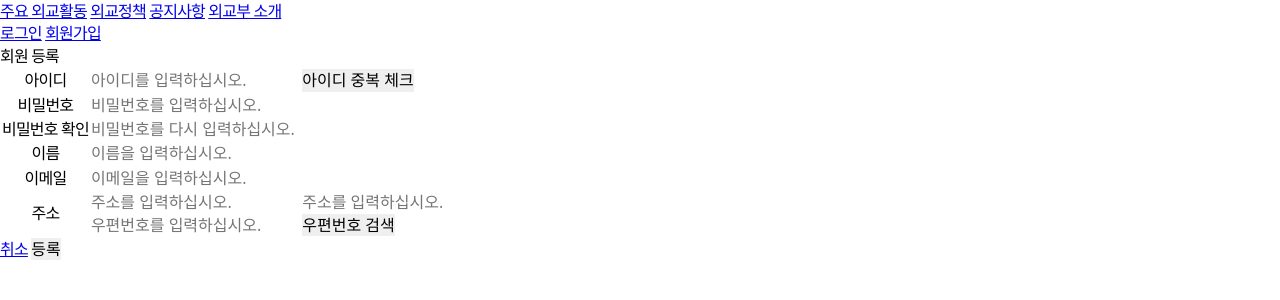
Repository: dllgkdud/pro07
Page: http://localhost/pro07/WEB-INF/views/users/add.jsp
An editor plug-in stored every save of this project. The page is shown before and after the next save, followed by the edit.
The browser window is 1280 px wide. The pictures show the whole page.
Some web fonts or font styles are not loaded; a fallback is used. The page is served by Tomcat 9. Nobody is signed in. Other server files are loaded and not shown. The template is opened directly, without the code that normally fills it, so the values that code supplies are empty.

Above is the page before, as saved 2022-12-30 04:59:01.

### pro07/src/main/webapp/WEB-INF/views/users/add.jsp
<%@ page language="java" contentType="text/html; charset=UTF-8"
    pageEncoding="UTF-8"%>
<%@ taglib prefix="c" uri="http://java.sun.com/jsp/jstl/core"  %>
<%@ taglib prefix="fmt" uri="http://java.sun.com/jsp/jstl/fmt" %>
<%@ taglib prefix="fn" uri = "http://java.sun.com/jsp/jstl/functions" %>
<c:set var="path1" value="${pageContext.request.contextPath }" />
<!DOCTYPE html>
<html>
<head>
	<meta charset="UTF-8">
    <meta http-equiv="X-UA-Compatible" content="IE=edge">
    <meta name="viewport" content="width=device-width, initial-scale=1.0, user-scalable=no">
	<title>회원 등록 | 외교부</title>
	<jsp:include page="../common/head.jsp"></jsp:include>
</head>
<body>
<header><jsp:include page="../common/header.jsp"></jsp:include></header>
	<h2>회원 등록</h2>
	<!-- action="${path1 }/notice/add.do" method="post" -->
	<form >
		<table class="table">
			<tr>
				<th>아이디</th>
				<td>
					<input type="text" name="id" id="id" placeholder="아이디를 입력하십시오." required>
					<input type="button" id="idCkBtn" onclick="idCheck()" class="ck_btn" value="아이디 중복 체크">
					<input type="hidden" name="idck" id="idck" value="no">
				</td>
			</tr>
			<tr>
				<th>비밀번호</th>
				<td><input type="password" name="pw" id="pw" placeholder="비밀번호를 입력하십시오." required></td>
			</tr>
			<tr>
				<th>비밀번호 확인</th>
				<td><input type="password" name="pw2" id="pw2" placeholder="비밀번호를 다시 입력하십시오." required></td>
			</tr>
			<tr>
				<th>이름</th>
				<td><input type="text" name="name" id="name" placeholder="이름을 입력하십시오." required></td>
			</tr>
			<tr>
				<th>이메일</th>
				<td><input type="email" name="email" id="email" placeholder="이메일을 입력하십시오." required></td>
			</tr>
			<tr>
				<th>주소</th>
				<td>
					<input type="text" name="address" id="address" placeholder="주소를 입력하십시오." required>
					<input type="text" name="address2" id="address2" placeholder="주소를 입력하십시오." required><br>
					<input type="text" name="postcode" id="postcode" placeholder="우편번호를 입력하십시오." required>
					<button id="button" onclick="findAddr()" class="button">우편번호 검색</button>
				</td>
			</tr>
		</table>
		<div class="button_group">
			<a href="${path1 }/users/list" class="reset_btn">취소</a>
			<input type="submit" class="submit_btn" value="등록">
		</div>
	</form>
</body>
</html>

### pro07/src/main/webapp/WEB-INF/views/common/head.jsp
<%@ page language="java" contentType="text/html; charset=UTF-8"
    pageEncoding="UTF-8"%>

    <!-- open graph -->
    <meta name="author" content="외교부" />
	<meta name="keywords" content="외교부,외교부,여권,비자,재외공관" />
	<meta name="description" content="외교부 홈페이지에 오신것을 환영합니다." />
	<meta property="og:type" content="website" />
	<meta property="og:title" content="외교부" />
	<meta property="og:site_name" content="외교부" />
	<meta property="og:description" content="외교부" />
	<meta property="og:url" content="https://dllgkdud.github.io/web07" />
	<meta property="og:image" content="http://localhost:8097/mofa/resources/assets/siteimg.png" />

	<!-- absolute path -->
	<link rel="shortcut icon" href="http://localhost:8097/mofa/resources/assets/icon/favicon.ico">
    <link rel="icon" type="image/png" href="http://localhost:8097/mofa/resources/assets/icon/favicon-16X16.png" sizes="16x16">
    <link rel="icon" type="image/png" href="http://localhost:8097/mofa/resources/assets/icon/favicon-32X32.png" sizes="32x32">
    <link rel="icon" type="image/png" href="http://localhost:8097/mofa/resources/assets/icon/favicon-48X48.png" sizes="48x48">

	<link rel="stylesheet" href="http://localhost:8097/mofa/resources/assets/css/default.css" type="text/css">
	<link rel="stylesheet" href="http://localhost:8097/mofa/resources/assets/css/main.css" type="text/css">

### pro07/src/main/webapp/WEB-INF/views/common/header.jsp
<%@ page language="java" contentType="text/html; charset=UTF-8"
    pageEncoding="UTF-8"%>
<%@ taglib prefix="c" uri="http://java.sun.com/jsp/jstl/core"  %>
<%@ taglib prefix="fmt" uri="http://java.sun.com/jsp/jstl/fmt" %>
<%@ taglib prefix="fn" uri = "http://java.sun.com/jsp/jstl/functions" %>
<c:set var="path1" value="${pageContext.request.contextPath }" />
<header>
	<div class="gnb">
		<a href="#">주요 외교활동</a>
		<a href="#">외교정책</a>
		<a href="${path1 }/notice/list">공지사항</a>
		<a href="#">외교부 소개</a>
	</div>
	<div class="tnb">
		<a href="#">로그인</a>
		<a href="${path1 }/user/add">회원가입</a>
	</div>
</header>

### pro07/src/main/webapp/resources/assets/css/default.css
/*# sourceURL=resources/assets/css/default.css */
@charset "UTF-8";

/* font */
/* bebas-neue-regular - latin-ext_latin */
@font-face { font-family: 'Bebas Neue'; font-style: normal; font-weight: 400; src: url("/www-new/css/../fonts/bebas-neue-v2-latin-ext_latin-regular.eot"); /* IE9 Compat Modes */ src: local(""), url("/www-new/css/../fonts/bebas-neue-v2-latin-ext_latin-regular.eot?#iefix") format("embedded-opentype"), url("/www-new/css/../fonts/bebas-neue-v2-latin-ext_latin-regular.woff2") format("woff2"), url("/www-new/css/../fonts/bebas-neue-v2-latin-ext_latin-regular.woff") format("woff"), url("/www-new/css/../fonts/bebas-neue-v2-latin-ext_latin-regular.ttf") format("truetype"), url("/www-new/css/../fonts/bebas-neue-v2-latin-ext_latin-regular.svg#BebasNeue") format("svg"); /* Legacy iOS */ }

/* playfair-display-regular - latin */
@font-face { font-family: 'Playfair Display'; font-style: normal; font-weight: 400; src: url("/www-new/css/../fonts/playfair-display-v22-latin-regular.eot"); /* IE9 Compat Modes */ src: local(""), url("/www-new/css/../fonts/playfair-display-v22-latin-regular.eot?#iefix") format("embedded-opentype"), url("/www-new/css/../fonts/playfair-display-v22-latin-regular.woff2") format("woff2"), url("/www-new/css/../fonts/playfair-display-v22-latin-regular.woff") format("woff"), url("/www-new/css/../fonts/playfair-display-v22-latin-regular.ttf") format("truetype"), url("/www-new/css/../fonts/playfair-display-v22-latin-regular.svg#PlayfairDisplay") format("svg"); /* Legacy iOS */ }
@font-face { font-family: 'Playfair Display'; font-style: normal; font-weight: 500; src: url("/www-new/css/../fonts/playfair-display-v22-latin-500.eot"); /* IE9 Compat Modes */ src: local(""), url("/www-new/css/../fonts/playfair-display-v22-latin-500.eot?#iefix") format("embedded-opentype"), url("/www-new/css/../fonts/playfair-display-v22-latin-500.woff2") format("woff2"), url("/www-new/css/../fonts/playfair-display-v22-latin-500.woff") format("woff"), url("/www-new/css/../fonts/playfair-display-v22-latin-500.ttf") format("truetype"), url("/www-new/css/../fonts/playfair-display-v22-latin-500.svg#PlayfairDisplay") format("svg"); /* Legacy iOS */ }
@font-face { font-family: 'Playfair Display'; font-style: normal; font-weight: 600; src: url("/www-new/css/../fonts/playfair-display-v22-latin-600.eot"); /* IE9 Compat Modes */ src: local(""), url("/www-new/css/../fonts/playfair-display-v22-latin-600.eot?#iefix") format("embedded-opentype"), url("/www-new/css/../fonts/playfair-display-v22-latin-600.woff2") format("woff2"), url("/www-new/css/../fonts/playfair-display-v22-latin-600.woff") format("woff"), url("/www-new/css/../fonts/playfair-display-v22-latin-600.ttf") format("truetype"), url("/www-new/css/../fonts/playfair-display-v22-latin-600.svg#PlayfairDisplay") format("svg"); /* Legacy iOS */ }

/* eb-garamond-regular - latin */
@font-face { font-family: 'EB Garamond'; font-style: normal; font-weight: 400; src: url("/www-new/css/../fonts/eb-garamond-v15-latin-regular.eot"); /* IE9 Compat Modes */ src: local(""), url("/www-new/css/../fonts/eb-garamond-v15-latin-regular.eot?#iefix") format("embedded-opentype"), url("/www-new/css/../fonts/eb-garamond-v15-latin-regular.woff2") format("woff2"), url("/www-new/css/../fonts/eb-garamond-v15-latin-regular.woff") format("woff"), url("/www-new/css/../fonts/eb-garamond-v15-latin-regular.ttf") format("truetype"), url("/www-new/css/../fonts/eb-garamond-v15-latin-regular.svg#EBGaramond") format("svg"); /* Legacy iOS */ }
@font-face { font-family: 'EB Garamond'; font-style: normal; font-weight: 500; src: url("/www-new/css/../fonts/eb-garamond-v15-latin-500.eot"); /* IE9 Compat Modes */ src: local(""), url("/www-new/css/../fonts/eb-garamond-v15-latin-500.eot?#iefix") format("embedded-opentype"), url("/www-new/css/../fonts/eb-garamond-v15-latin-500.woff2") format("woff2"), url("/www-new/css/../fonts/eb-garamond-v15-latin-500.woff") format("woff"), url("/www-new/css/../fonts/eb-garamond-v15-latin-500.ttf") format("truetype"), url("/www-new/css/../fonts/eb-garamond-v15-latin-500.svg#EBGaramond") format("svg"); /* Legacy iOS */ }
@font-face { font-family: 'EB Garamond'; font-style: normal; font-weight: 600; src: url("/www-new/css/../fonts/eb-garamond-v15-latin-600.eot"); /* IE9 Compat Modes */ src: local(""), url("/www-new/css/../fonts/eb-garamond-v15-latin-600.eot?#iefix") format("embedded-opentype"), url("/www-new/css/../fonts/eb-garamond-v15-latin-600.woff2") format("woff2"), url("/www-new/css/../fonts/eb-garamond-v15-latin-600.woff") format("woff"), url("/www-new/css/../fonts/eb-garamond-v15-latin-600.ttf") format("truetype"), url("/www-new/css/../fonts/eb-garamond-v15-latin-600.svg#EBGaramond") format("svg"); /* Legacy iOS */ }
@font-face { font-family: 'EB Garamond'; font-style: normal; font-weight: 700; src: url("/www-new/css/../fonts/eb-garamond-v15-latin-700.eot"); /* IE9 Compat Modes */ src: local(""), url("/www-new/css/../fonts/eb-garamond-v15-latin-700.eot?#iefix") format("embedded-opentype"), url("/www-new/css/../fonts/eb-garamond-v15-latin-700.woff2") format("woff2"), url("/www-new/css/../fonts/eb-garamond-v15-latin-700.woff") format("woff"), url("/www-new/css/../fonts/eb-garamond-v15-latin-700.ttf") format("truetype"), url("/www-new/css/../fonts/eb-garamond-v15-latin-700.svg#EBGaramond") format("svg"); /* Legacy iOS */ }

/* Noto Sans */
@font-face { font-family: 'Noto Sans'; font-weight: 200; font-style: normal; src: url("/www-new/css/../fonts/NotoSansKR-Light.eot"); src: local(��), url("/www-new/css/../fonts/NotoSansKR-Light.eot#iefix") format("embedded-opentype"), url("/www-new/css/../fonts/NotoSansKR-Light.woff") format("woff"), url("/www-new/css/../fonts/NotoSansKR-Light.otf") format("opentype"); }
@font-face { font-family: 'Noto Sans'; font-weight: 300; font-style: normal; src: url("/www-new/css/../fonts/NotoSansKR-DemiLight.eot"); src: local(��), url("/www-new/css/../fonts/NotoSansKR-DemiLight.eot#iefix") format("embedded-opentype"), url("/www-new/css/../fonts/NotoSansKR-DemiLight.woff") format("woff"), url("/www-new/css/../fonts/NotoSansKR-DemiLight.otf") format("opentype"); }
@font-face { font-family: 'Noto Sans'; font-weight: 400; font-style: normal; src: url("/www-new/css/../common/fonts/NotoSansKR-Regular.eot"); src: local(��), url("/www-new/css/../fonts/NotoSansKR-Regular.eot#iefix") format("embedded-opentype"), url("/www-new/css/../fonts/NotoSansKR-Regular.woff") format("woff"), url("/www-new/css/../fonts/NotoSansKR-Regular.otf") format("opentype"); }
@font-face { font-family: 'Noto Sans'; font-weight: 500; font-style: normal; src: url("/www-new/css/../fonts/NotoSansKR-Medium.eot"); src: local(��), url("/www-new/css/../fonts/NotoSansKR-Medium.eot#iefix") format("embedded-opentype"), url("/www-new/css/../fonts/NotoSansKR-Medium.woff") format("woff"), url("/www-new/css/../fonts/NotoSansKR-Medium.otf") format("opentype"); }
@font-face { font-family: 'Noto Sans'; font-weight: 700; font-style: normal; src: url("/www-new/css/../fonts/NotoSansKR-Bold.eot"); src: local(��), url("/www-new/css/../fonts/NotoSansKR-Bold.eot#iefix") format("embedded-opentype"), url("/www-new/css/../fonts/NotoSansKR-Bold.woff") format("woff"), url("/www-new/css/../fonts/NotoSansKR-Bold.otf") format("opentype"); }

/* reset.css */
html, body, div, span, iframe, h1, h2, h3, h4, h5, h6, p, a, abbr, address, em, img, small, strike, strong, sub, sup, var, b, u, i, center, dl, dt, dd, ul, ol, li, form, fieldset, legend, label, input, button, select, textarea, header, main, footer, section, article, aside, menu, nav, table, tbody, tfoot, thead, tr, th, td { margin: 0; padding: 0; border: 0; font-size: 100%; font: inherit; -webkit-box-sizing: border-box; box-sizing: border-box; }
html, body { width: 100%; height: 100%; }
body { font-size: 16px; line-height: 1.4; color: #000; letter-spacing: -0.05em; font-family: 'Open Sans','Noto Sans','sans-serif'; }


/* header */
.header {height: 145px;position: absolute;left: 0;top: 0;overflow: hidden;z-index: 100;background-color: #fff;width: 100%;}
.header:after { content: ''; display: block; clear: both; }
.header:before {position: absolute;left: 0;top: 146px;bottom: 0;width: 400px;height: calc(100% - 144px);background: #14296c url("/www-new/css/../images/common/bg_gnb.jpg") no-repeat right top/100% auto;content: '';}
.header .top_menu {width: 100%;height: 60px;margin: 0 auto;display: flex;align-items: center;justify-content: space-between;font-size: 12px; line-height: 30px; font-family: "Noto Sans", "sans-serif";/* border-bottom: 1px solid; */}
.header .top_menu:after { content: ''; display: block; clear: both; }

/* footer */

### pro07/src/main/webapp/resources/assets/css/main.css
/*# sourceURL=resources/assets/css/main.css */
@charset "UTF-8";

/* media */
@media screen and (max-width:767px) {
  body, html { margin: 0; padding: 0; }
  .container { display: flex; flex-direction: row; }
  .container .flex-wrap { flex-basis: 767px; }
  .player .viewer { max-width:100vw;d width:auto; }
  i > img {  max-width: 100vw; height: auto; }
  .east_area { display: block; }
}
@media screen and (min-width:768px) and (max-width:959px){
  body, html { margin: 0; padding: 0; }
  .player .viewer { max-width:100vw; width:auto; }
  i > img { max-width: 100vw; height: auto; }
}
@media screen and (min-width:960px) {
  body, html { margin: 0; padding: 0; }
  .player .viewer { max-width:100vw; width:auto; }
  i > img { min-width: 100vw;  height: auto; }
}

/* header */
.nav-tabs .nav-link { border: none; }
.nav-tabs .nav-link:hover { border-bottom: 2px solid #a47e4f; }

/* main */
.ml-3 { margin-left: 1rem!important; }
.sns_channel { white-space: nowrap; overflow-x: auto; overflow-y: hidden; font-size: 0; line-height: 0; }
.sns_channer > ol > li { padding: 2px; text-align: center; margin-right: 42px; width: 416px; display: inline-block;
vertical-align: top; line-height: 1.4; font-size: 16px; }
.sns_channel ol > li div[tabindex] { overflow-x: hidden; overflow-y: auto; width: 100%;
position: relative; z-index: 1; background-color: #fff; }
.center { text-align: center; }
.east_area > li.dokdo { background-image: url(https://www.mofa.go.kr/www-new/css/../images/main/bg_east_dokdo.png); }
.east_area > li { margin-bottom: 40px; height: 260px; padding: 43px 50px 0; position: relative;
background-repeat: no-repeat; background-size: cover; background-position: center; }
.east_area > li.sea { background-image: url(https://www.mofa.go.kr/www-new/css/../images/main/bg_east_sea.png); }
.east_area > li:last-of-type { margin-bottom: 0; }
.east_btn button { padding: 0.3em; background-color: rgba(0,0,0,0.2); color: #fff; border: 1px solid #fff; }
.east_btn button:hover { background-color: #fff; color: #222; }

/* breadcrumbs */
.breadcrumbs #bc:after { content:" > "; }
.breadcrumbs #bc:last-child { content:""; }

/* agree */
.agree { width: 90vw; white-space: pre-wrap; margin: 2rem 5rem; padding: 10px; border: 1px solid #eee; height: 400px; overflow-y: auto; }
.agree_ck { text-align: left; padding-left: 1rem; }
label[for="ck2"] { margin-bottom:1rem; }
label[for="ck3"] { margin-top:1rem; }

/* page */
#tit_eff { color: #0c3975; }
.his_info > ul { position: relative; padding-left: 50px; }
.his_info > ul:before { content: ''; position: absolute; left: 50px; top: 24px; width: 1px; height: 100%; background-color: #dfdfdf; }
li:before { position: absolute; left: 0; top: 0.6em; width: 5px; height: 2px; display: inline-block; content: ''; background-color: #a5b4c3; }

/* footer */
div.nav span { padding: 0.8rem; }

After the next save:
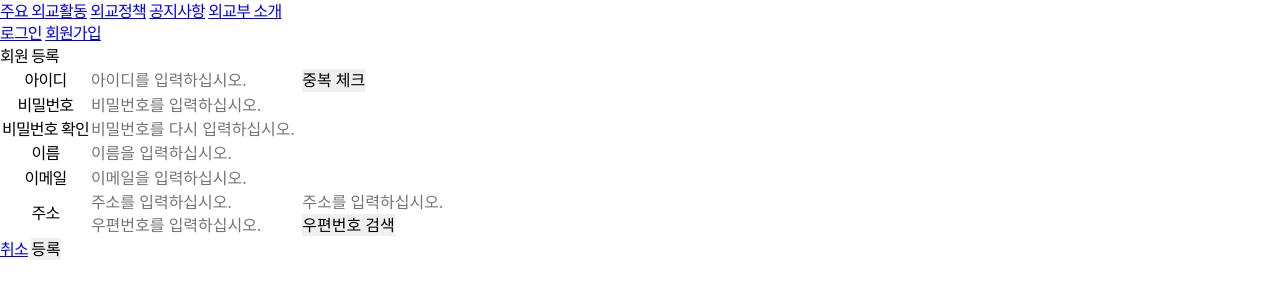
Saved 18 s later.
--- a/pro07/src/main/webapp/WEB-INF/views/users/add.jsp
+++ b/pro07/src/main/webapp/WEB-INF/views/users/add.jsp
@@ -23,7 +23,7 @@
 				<th>아이디</th>
 				<td>
 					<input type="text" name="id" id="id" placeholder="아이디를 입력하십시오." required>
-					<input type="button" id="idCkBtn" onclick="idCheck()" class="ck_btn" value="아이디 중복 체크">
+					<input type="button" id="idCkBtn" onclick="idCheck()" class="ck_btn" value="중복 체크">
 					<input type="hidden" name="idck" id="idck" value="no">
 				</td>
 			</tr>
